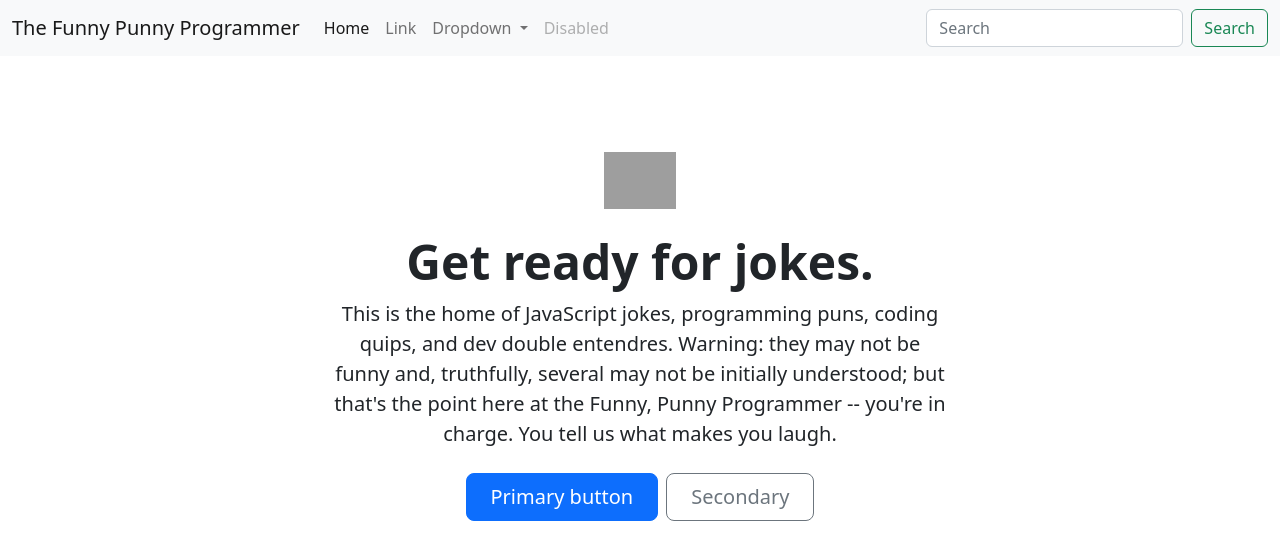
Repository: annferracane/phase-1-personal-project
Page: index.html
An editor plug-in stored every save of this project. The page is shown before and after the next save, followed by the edit.
The browser window is 1280 px wide. The pictures show the whole page.
Pictures or frames that could not be fetched are drawn as grey boxes. The page's requests for data from a server got no answer.

Above is the page before, as saved 2022-12-07 13:13:25.

After the next save:
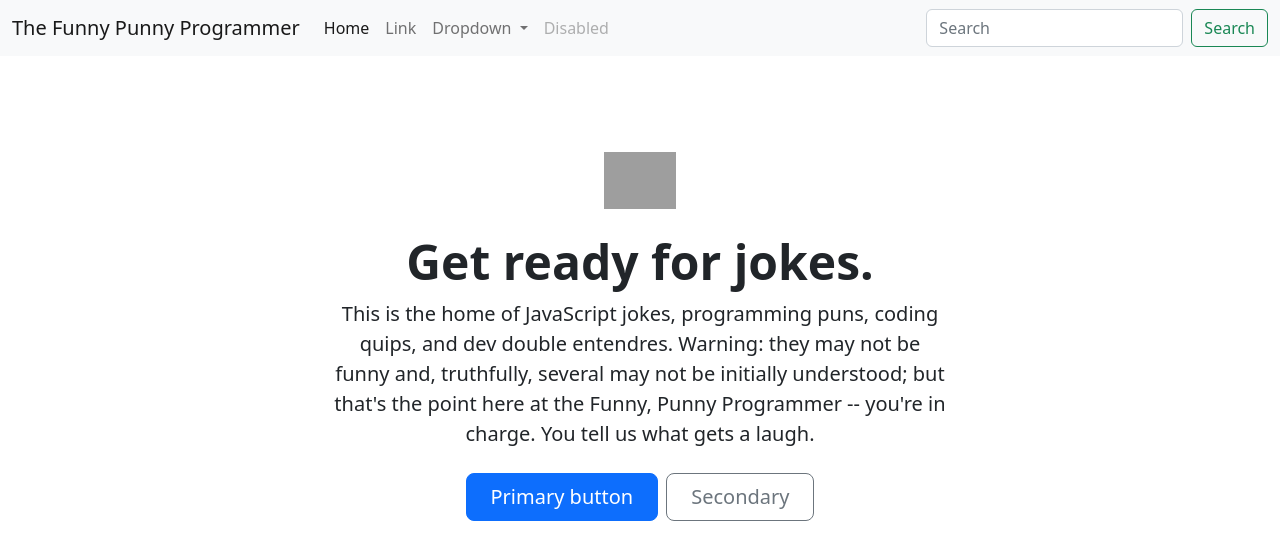
Saved 35 s later.
--- a/src/index.js
+++ b/src/index.js
@@ -5,7 +5,7 @@ document.querySelector('#hero-content').textContent =
 quips, and dev double entendres. Warning: they may not be funny and,
 truthfully, several may not be initially understood; but that's the
 point here at the Funny, Punny Programmer -- you're in charge.
-You tell us what makes you laugh.`;
+You tell us what gets a laugh.`;
 
 
 // Fetch jokes from local db.json and call display function
